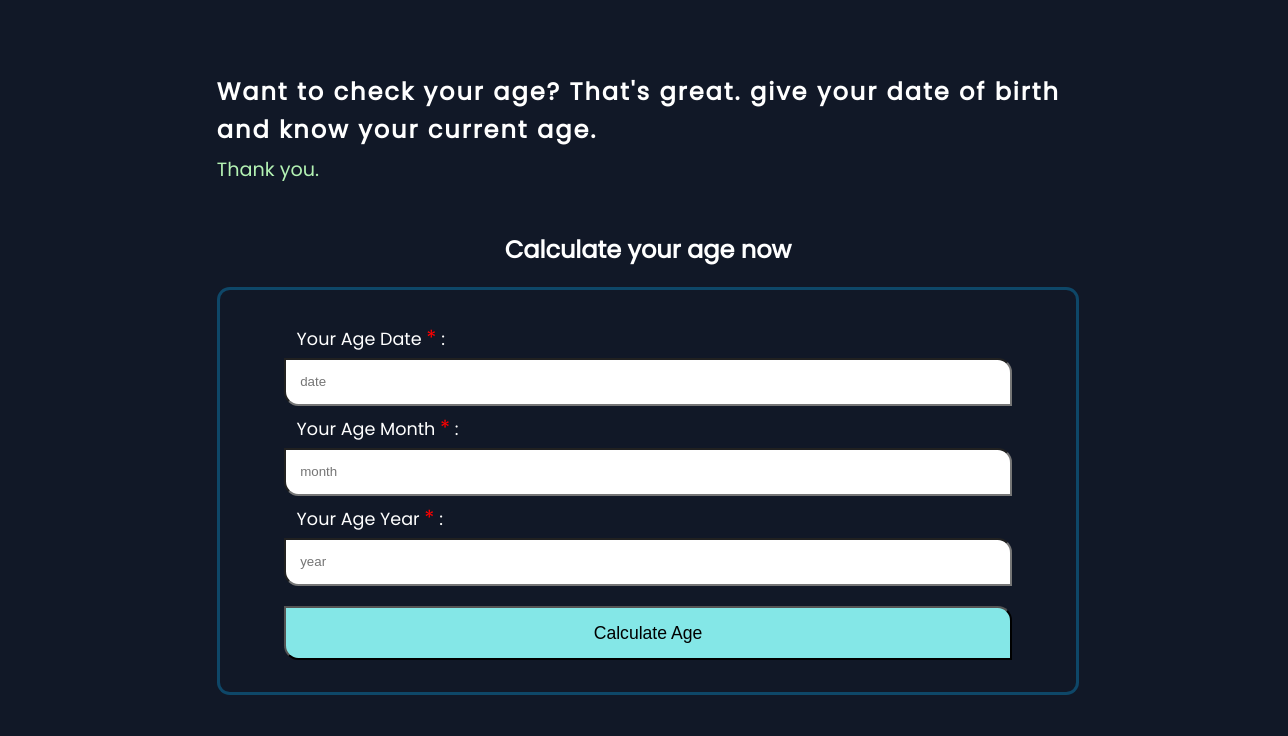
Repository: omarpervezz/age-calculator
Page: index.html
The author's editor kept a copy of each file at every save. The page is drawn from the files as they stood at one save, then again after the next save.
The browser window is 1280 px wide. The page is 1288 px wide, then 1280 px, so the pictures cover 1288 px, including what lies to the right of the window. The pictures show the whole page.
Some web fonts or font styles are not loaded; a fallback is used.

Above is the page before, as saved 2022-08-13 00:49:02.

### index.html
<!doctype html>
<html lang="en">

<head>
    <!-- Required meta tags -->
    <meta charset="utf-8">
    <meta name="viewport" content="width=device-width, initial-scale=1">

    <!-- Font Awesome Icons  -->
    <link rel="stylesheet" href="https://cdnjs.cloudflare.com/ajax/libs/font-awesome/5.15.1/css/all.min.css"
        integrity="sha512-+4zCK9k+qNFUR5X+cKL9EIR+ZOhtIloNl9GIKS57V1MyNsYpYcUrUeQc9vNfzsWfV28IaLL3i96P9sdNyeRssA=="
        crossorigin="anonymous" />

    <!-- Google Fonts  -->
    <link rel="preconnect" href="https://fonts.googleapis.com">
    <link rel="preconnect" href="https://fonts.gstatic.com" crossorigin>
    <link href="https://fonts.googleapis.com/css2?family=Poppins&display=swap" rel="stylesheet">
    <!-- Google Icon -->
    <link href="https://fonts.googleapis.com/icon?family=Material+Icons"
      rel="stylesheet">
      <link rel="stylesheet" href="https://fonts.googleapis.com/css2?family=Material+Symbols+Outlined:opsz,wght,FILL,GRAD@48,400,0,0" />
     <link rel="stylesheet" href="style.css">

    <title>Age Calculator</title>
</head>

<body>
   <div class="age_calculator_container">
    <div class="info container">
      <h1>Want to check your age? That's great. give your date of birth and know your current age.</h1>
      <span>Thank you.</span>
     </div>
    <div class="container">
      <h2>Calculate your age now</h2>
       <div class="box">
        <form action="#" id="form">
            <div class="date_of_birth">
              <label for="date">
                Your Age Date <span>*</span> :
              </label>
              <input type="number" id="date" placeholder="date" class="date">
            </div>
            <div class="date_of_month">
              <label for="month">
                Your Age Month <span>*</span> :
              </label>
              <input type="number" id="month" placeholder="month" class="month">
            </div>
            <div class="date_of_year">
              <label for="year">
                Your Age Year <span>*</span> :
              </label>
              <input type="number" id="year" placeholder="year" class="year">
            </div>
            <div class="submit_">
              <button type="submit" id="submit" class="btn btn-primary">Calculate Age</button>
            </div>
        </form>
       </div>

    </div>
   </div>

    <script src="calculate.js"></script>
</body>

</html>

### style.css
body{
  background-color: #111827;
  color: white;
  font-family: 'Poppins', sans-serif;
  box-sizing: border-box;
  width: 100vw;
  height: 100vh;
  display: flex;
  justify-content: center;
  align-items:
  center;
  overflow-x: hidden;
}
:root{
  --width:100%;
}
h1{
  font-size: 1.5rem;
  margin-bottom: .4rem;
  padding-top: 1rem;
  line-height: 38px;
  letter-spacing: 2px;
}
h2{
  text-align: center;
  margin-top: 3rem;
}
.info span{
  color: #b3f1b3;
  font-weight: normal;
  font-size: 1.2rem;
}
.container{
  max-width: calc(var(--width) - 30%);
  margin: auto;
}
.box{
  background-color: #111827;
  overflow: hidden;
  padding: 2rem 4rem;
  height: fit-content;
  border: .2rem solid #0d81b973;
  border-radius: .8rem;
}
.box div{
  width:100%;
}
.box label{
  width:100%;
  display: block;
  font-size: 1.1rem;
  margin-bottom: .3rem;
  padding: 0 .8rem;
}
.box label span{
  color: red;
  margin-top: 0rem;
  font-size: 1.3rem;
}
.box input{
  padding: .9rem .9rem;
  margin-bottom: .4rem;
  border-top-right-radius: .9rem;
  border-bottom-left-radius: .9rem;
  width: 100%;
  box-sizing: border-box;
  transition: 0.3s background linear;
  -webkit-transition: 0.3s background linear;
  -moz-transition: 0.3s background linear;
  -ms-transition: 0.3s background linear;
  -o-transition: 0.3s background linear;
}
.addFocused{
  background: rgb(0 0 0);
  border: .2rem solid #0f4768;
  color: white;
}
.addFocused::placeholder{
  color: white;
  text-transform: capitalize;
}
.submit_{
  width: 82%;
}
.submit_ button{
  width: 100%;
  padding: .9rem .9rem;
  border-top-right-radius: .9rem;
  border-bottom-left-radius: .9rem;
  font-size: 1.1rem;
  cursor: pointer;
  background: #84e7e7;
  margin-top: .9rem;
  transition: 0.6s background linear;
  -webkit-transition: 0.6s background linear;
  -moz-transition: 0.6s background linear;
  -ms-transition: 0.6s background linear;
  -o-transition: 0.6s background linear;
}
.submit_ button:hover{
  background: transparent;
  color: #fff;
  border: .1rem solid white;
}
.result_box{
  background-color: #005574;
  border-radius: .9rem;
  margin-top: 2rem;
  position: relative;
}
.result_content{
  display:
  flex;
  flex-direction: column;
  padding: 1.3rem 0;
}
.result_content div{
  display:
  flex;
  flex-direction: row;
  justify-content: space-evenly;
}
.result_content div span{
  color: #e9e8e9;
  font-weight: 400;
  display: inline-block;
  margin-bottom: .7rem;
}
.material-symbols-outlined{
  position: absolute;
  right: 1.3rem;
  font-size: 1.4rem;
  top: 0.8rem;
  cursor: pointer;
  color: #4febf3;
  font-weight: normal;
}

@media (max-width:476px){
  .container{
    max-width: calc(var(--width) - 10%);
  }
}

### calculate.js
const birth_date = document.querySelector('.date');
const month = document.querySelector('.month');
const year = document.querySelector('.year');

// focus input and change bg
birth_date.addEventListener('focus', function(event){
  addClass(birth_date,event);
});
month.addEventListener('focus', function(event){
  addClass(month,event)
});
year.addEventListener('focus', function(event){
  addClass(year,event)
});
const addClass = (input,event) => {
  if(event.path[0].id == 'date'){
    event.path[0].classList.add('addFocused');
    month.classList.remove('addFocused');
    year.classList.remove('addFocused');
  }else if(event.path[0].id == 'month'){
    event.path[0].classList.add('addFocused');
    birth_date.classList.remove('addFocused');
    year.classList.remove('addFocused');
  }else if(event.path[0].id == 'year'){
    event.path[0].classList.add('addFocused');
    month.classList.remove('addFocused');
    birth_date.classList.remove('addFocused');
  }
}

const calculateAge = document.querySelector('#form');
calculateAge.addEventListener('submit', function(event) {
  event.preventDefault();
  let userDateOfBirth = document.querySelector('#date').value;  // 20
  let userBirthMonth = document.querySelector('#month').value;  // 12
  let userBirthYears = document.querySelector('#year').value;   // 1990

  // today date
  let date = new Date();   // new date
  let todayDate = date.getDate();  // current date
  let currentMonth = 1 + date.getMonth() // current month;
  let currentYear = date.getFullYear() // current year;
  let months_ = [31, 28, 31, 30, 31, 30, 31, 31, 30, 31, 30, 31] // random array for 31 28 30 calculated;


  if(userDateOfBirth > todayDate){  // checking if userdate > today date
    todayDate = todayDate + months_[currentMonth - 1]; // 44
    currentMonth = currentMonth - 1; //7
  }
if(userBirthMonth > currentMonth){
  console.log(currentMonth);
  currentMonth = currentMonth + 12; // 19
  console.log(currentMonth);
  currentYear = currentYear - 1; // 2021
}

  let d = todayDate - userDateOfBirth; // 13 - 20 = -7
  console.log(currentMonth);
  console.log(userBirthMonth);
  let m = currentMonth - userBirthMonth // 8 - 12 == -4;
  let y = currentYear - userBirthYears // 2022 - 1990 32;

  const box = document.querySelector('.box');

  box.innerHTML += `
  <div class="result_box">
  <span class="material-symbols-outlined" id="close-item">
close
</span>

  <div class="result_content">
   <div>
     <span>Your Age</span><span>${y} Years</span>
   </div>
   <div><span>Your Month</span><span>${m} Month</span></div>
   <div>
     <span>Your Days</span><span>${d} Days</span>
   </div>
  </div>
</div>
  `
  const item = document.querySelector('.result_box');
  const closeItem = document.querySelector('#close-item');
  closeItem.addEventListener('click', function(event){
    item.remove();
    location.reload();
  })
});

After the next save:
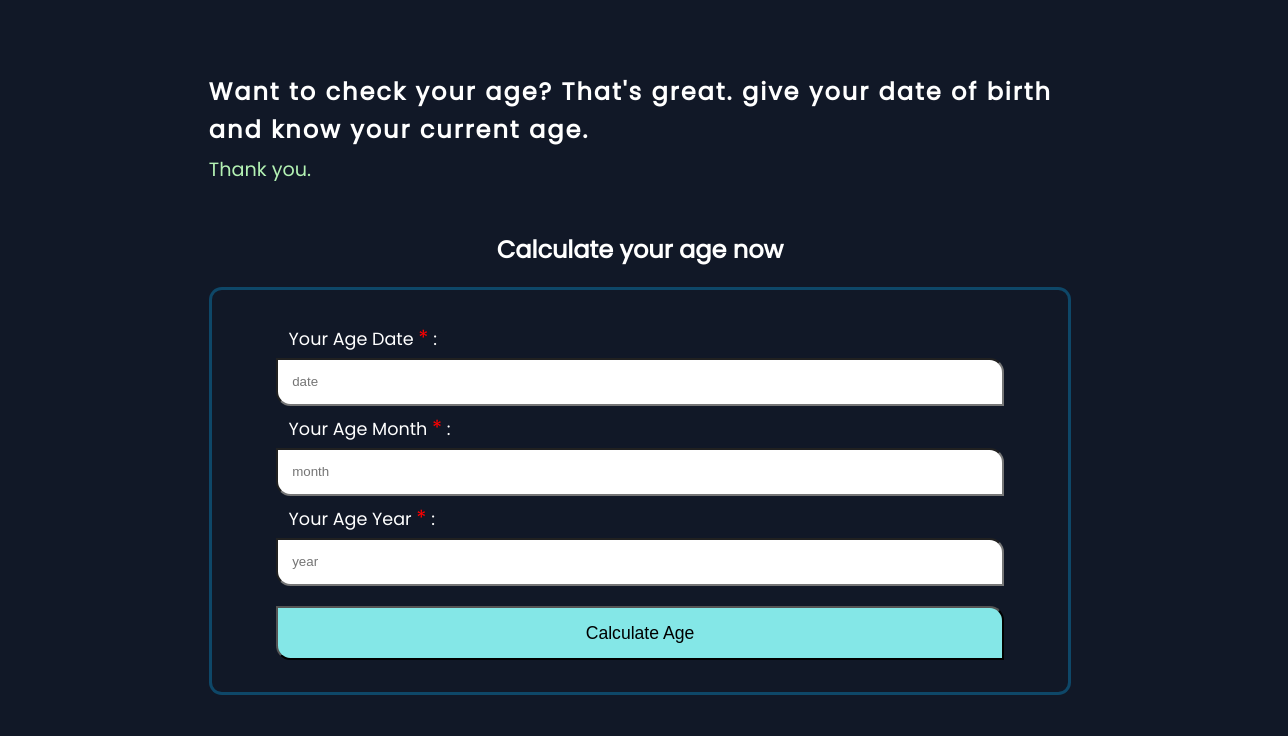
Saved 11 s later.
--- a/style.css
+++ b/style.css
@@ -3,7 +3,6 @@ body{
   color: white;
   font-family: 'Poppins', sans-serif;
   box-sizing: border-box;
-  width: 100vw;
   height: 100vh;
   display: flex;
   justify-content: center;
